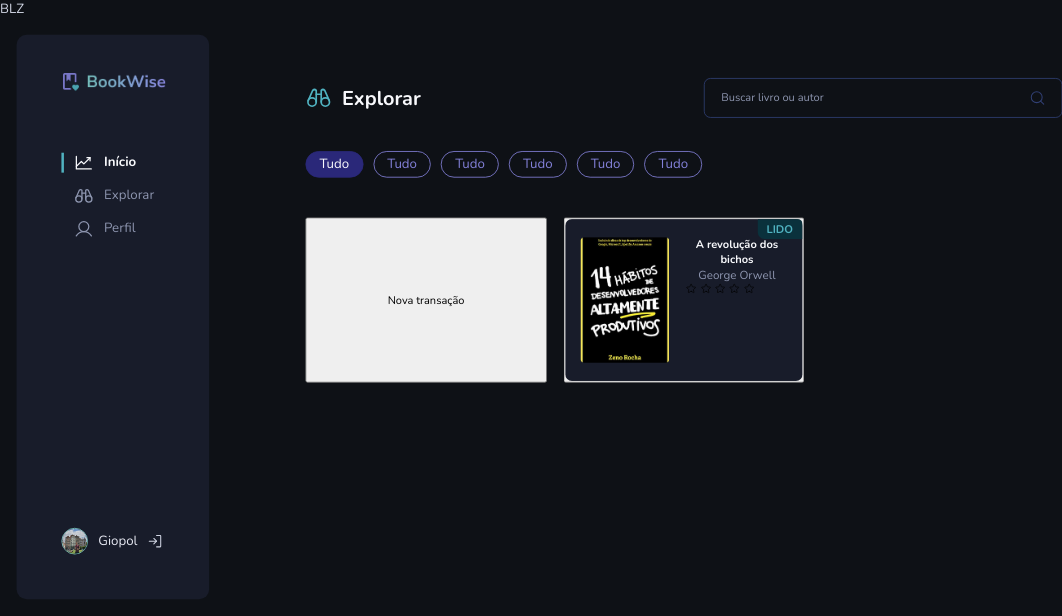
Repository: Giopol12/book-wise
Page: /explore/index.page
An editor plug-in stored every save of this project. The page is shown before and after the next save, followed by the edit.
The browser window is 1280 px wide. The pictures show the whole page, at 83% of full size.
The project was rebuilt for these pictures with package versions that can differ from the ones it lists, and the page was loaded fresh each time. The framework's server and built-in components were replaced by stand-ins that run in the browser. Also part of the build but not shown: next.config.js.

Above is the page before, as saved 2023-10-27 09:54:20.

After the next save:
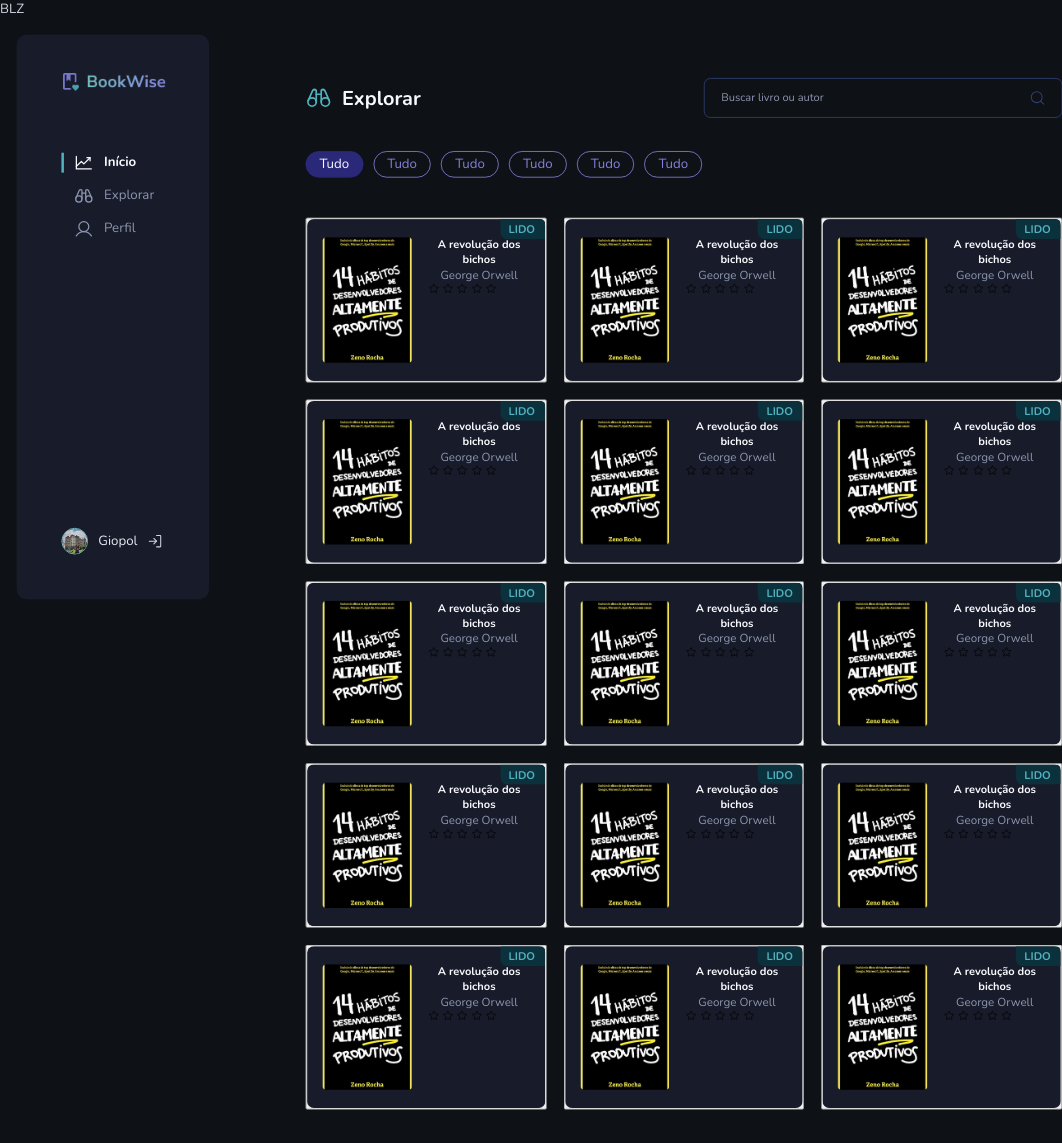
Saved 2 min 39 s later.
--- a/src/pages/explore/index.page.tsx
+++ b/src/pages/explore/index.page.tsx
@@ -44,17 +44,17 @@ export default function Explore() {
           <Tag>Tudo</Tag>
         </TagsContainer>
         <ExploreBookContainer>
-          {/* {array.map((id) => {
+          {array.map((id) => {
             return (
               <Dialog.Root>
-                <Dialog.Trigger asChild>
+                <Dialog.Trigger key={id}>
                   <ExploreBookCard />
                 </Dialog.Trigger>
                 <NewCommentModal />
               </Dialog.Root>
             )
-          })} */}
-          <Dialog.Root>
+          })}
+          {/* <Dialog.Root>
             <Dialog.Trigger asChild>
               <button>Nova transação</button>
             </Dialog.Trigger>
@@ -66,7 +66,7 @@ export default function Explore() {
               <ExploreBookCard />
             </Dialog.Trigger>
             <NewCommentModal />
-          </Dialog.Root>
+          </Dialog.Root> */}
         </ExploreBookContainer>
       </ExploreContainer>
     </Container>
